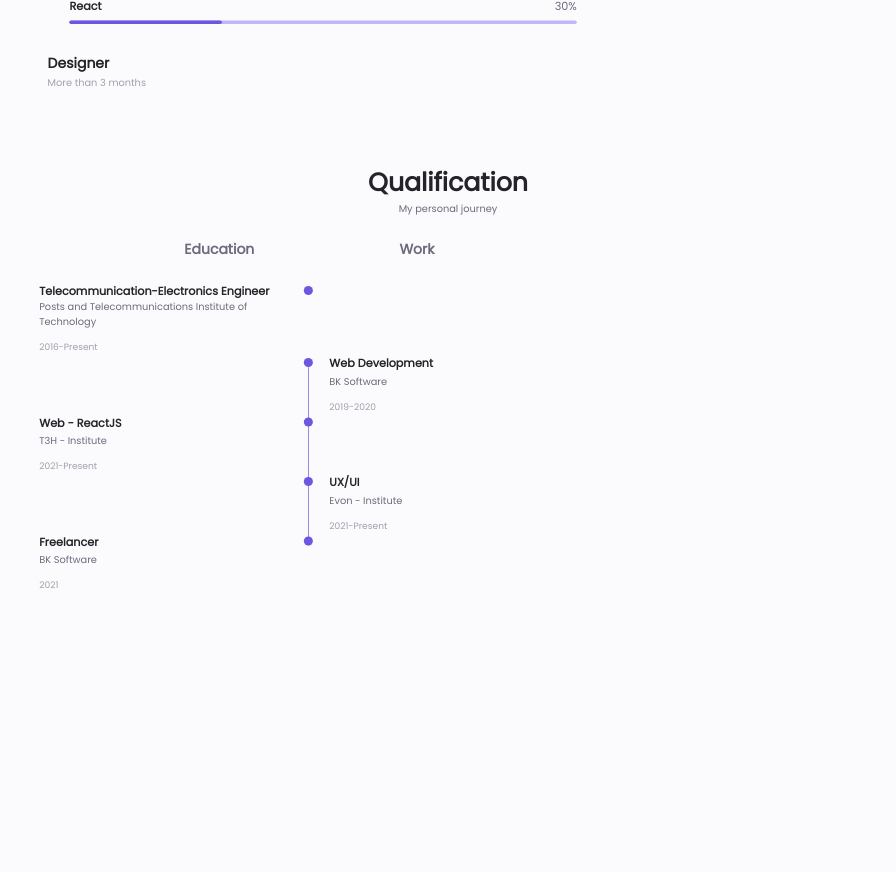
Repository: Datt21/portfolio
Page: index.html
An editor plug-in stored every save of this project. The page is shown before and after the next save, followed by the edit.
The browser window is 1280 px wide. The pictures show the part of the page from y = 1749 to 3669 px (the page is 2995 px tall before and 3669 px after), at 70% of full size.
Some icons come from a web library that is not loaded, so they are not drawn.

Above is the page before, as saved 2021-07-10 19:14:07.

### index.html
<!DOCTYPE html>
<html lang="en">
<head>
    <meta charset="UTF-8">
    <meta http-equiv="X-UA-Compatible" content="IE=edge">
    <meta name="viewport" content="width=device-width, initial-scale=1.0">
    <!--============= ICONS ================  -->
    <link rel="stylesheet" href="https://unicons.iconscout.com/release/v4.0.0/css/line.css">

    <!-- ============= SWIPER CSS =============== -->
    <link rel="stylesheet" href="">

    <!-- =============== CSS ========================= -->
    <link rel="stylesheet" href="./Css/style.css">

    <title>Portfolio</title>
</head>
<body>
    <!--============================ HEADER ============================ -->
    <header class="header" id="header">
        <nav class="nav container">
            <a href="#" class="nav__logo">Datpt</a>

            <div class="nav__menu" id="nav-menu">
                <ul class="nav__list grid">
                    <li class="nav__item">
                        <a href="#home" class="nav__link">
                            <i class="uil uil-estate nav__icon"></i>Home
                        </a>
                    </li>
                    <li class="nav__item">
                        <a href="#about" class="nav__link">
                            <i class="uil uil-user nav__icon"></i>About
                        </a>
                    </li>
                    <li class="nav__item">
                        <a href="#skills" class="nav__link">
                            <i class="uil uil-file-alt nav__icon"></i>Skills
                        </a>
                    </li>
                    <li class="nav__item">
                        <a href="#fovourite" class="nav__link">
                            <i class="uil uil-books nav__icon"></i>Favourite
                        </a>
                    </li>
                    <li class="nav__item">
                        <a href="#portfolio" class="nav__link">
                            <i class="uil uil-scenery nav__icon"></i>Portfolio
                        </a>
                    </li>
                    <li class="nav__item">
                        <a href="#contact" class="nav__link">
                            <i class="uil uil-message nav__icon"></i>Contact
                        </a>
                    </li>
                </ul>
                <i class="uil uil-times nav__close" id="nav-close"></i>
            </div>

            <div class="nav__btns">
                <div class="nav__toggle" id="nav-toggle">
                    <i class="uil uil-apps"></i>
                </div>
            </div>
        </nav>
    </header>

     <!--==================== MAIN ====================-->
     <main class="main">
        <!--==================== HOME ====================-->
        <section class="home section" id="home">
            <div class="home__container container grid">
                <div class="home__content grid">
                    <div class="home__social">
                        <a href="https://www.facebook.com/profile.php?id=100043830603950" target="_blank" class="home__social-icon">
                            <i class="uil uil-facebook"></i>
                        </a>
                        <a href="https://t.me/datpt21" target="_blank" class="home__social-icon">
                            <i class="uil uil-telegram-alt"></i>
                        </a>
                        <a href="https://github.com/Datt21" target="_blank" class="home__social-icon">
                            <i class="uil uil-github-alt"></i>
                        </a>
                    </div>

                    <div class="home__img">
                        <svg class="home__blob" viewBox="0 0 200 187" xmlns="http://www.w3.org/2000/svg" xmlns:xlink="http://www.w3.org/1999/xlink">
                            <mask id="mask0" mask-type="alpha">
                                <path d="M190.312 36.4879C206.582 62.1187 201.309 102.826 182.328 134.186C163.346 165.547
                                130.807 187.559 100.226 186.353C69.6454 185.297 41.0228 161.023 21.7403 129.362C2.45775
                                97.8511 -7.48481 59.1033 6.67581 34.5279C20.9871 10.1032 59.7028 -0.149132 97.9666
                                0.00163737C136.23 0.303176 174.193 10.857 190.312 36.4879Z"/>
                            </mask>
                            <g mask="url(#mask0)">
                                <path d="M190.312 36.4879C206.582 62.1187 201.309 102.826 182.328 134.186C163.346
                                165.547 130.807 187.559 100.226 186.353C69.6454 185.297 41.0228 161.023 21.7403
                                129.362C2.45775 97.8511 -7.48481 59.1033 6.67581 34.5279C20.9871 10.1032 59.7028
                                -0.149132 97.9666 0.00163737C136.23 0.303176 174.193 10.857 190.312 36.4879Z"/>

                                <image class="home_blob-img" x='12' y='18 'xlink:href="./images/me.png"/>
                            </g>
                        </svg>

                    </div>

                    <div class="home__data">
                        <h1 class="home__title">Hi, I'am Dat</h1>
                        <h3 class="home_subtitle">Frontend developer</h3>
                        <p class="home_description">Lorem, ipsum dolor sit amet consectetur adipisicing elit.
                            Voluptates earum, ab place</p>
                        <a href="#contact" class="button button--flex">
                            Contact Me<i class="uil uil-message button__icon"></i>
                        </a>
                    </div>
                </div>

                <div class="home_scroll">
                    <a href="#about" class="home__scroll-button button--flex">
                        <i class="uil uil-mouse-alt-2 home__scroll-mouse"></i>
                        <span class="home__scroll-name">Scroll down</span>
                        <i class="uil uil-arrow-down home__scroll-arrow"></i>
                    </a>
                </div>
            </div>
        </section>

        <!--==================== ABOUT ====================-->
        <section class="about section" id="about">
            <h2 class="section__title">About me</h2>
            <span class="section__subtitle">My introduction</span>

            <div class="about__container container grid">
                <img src="./images/me2.jpg" alt="" class="about__img">

                <div class="about-data">
                    <p class="about-decription">Lorem ipsum dolor sit amet consectetur adipisicing elit.
                        Natus aut expedita unde cum quibusdam delectus, maiores ducimus ullam aspernatur, quos nesciunt corrupti itaque laudant</p>

                    <div class="about__info">
                        <div>
                            <span class="about__info-title">06+</span>
                            <span class="about__info-name">Month <br> experience</span>
                        </div>
                        <div>
                            <span class="about__info-title">05+</span>
                            <span class="about__info-name">Completed <br> project</span>
                        </div>
                        <div>
                            <span class="about__info-title">01</span>
                            <span class="about__info-name">Freelance <br> worked</span>
                        </div>
                    </div>

                    <div class="about__buttons">
                        <a download="" href="./pdf/LeTienDat_CV.pdf" class="button button--flex">
                            Download CV <i class="uil uil-download-alt button__icon"></i>
                        </a>
                    </div>
                </div>
            </div>


        </section>

        <!--==================== SKILLS ====================-->
        <section class="skills section" id="skills">
            <h2 class="section__title">Skills</h2>
            <span class="section__subtitle">My technical level</span>

            <div class="skills__container container grid">
                <div>
                    <!-- skill 1 -->
                    <div class="skills__content skills__open">
                        <div class="skills__header">
                            <i class="uil uil-brackets-curly skills__icon"></i>

                            <div>
                                <h1 class="skills__title">Frontend devoloper</h1>
                                <span class="skills__subtitle">More than 6 months</span>
                            </div>

                            <i class="uil uil-angle-down skills__arrow"></i>
                        </div>

                        <div class="skills__list grid">
                            <div class="skills__data">
                                <div class="skills__titles">
                                    <h3 class="skills__name">HTML</h3>
                                    <span class="skills__number">80%</span>
                                </div>
                                <div class="skills__bar">
                                    <span class="skills__percentage skills__html"></span>
                                </div>
                            </div>

                            <div class="skills__data">
                                <div class="skills__titles">
                                    <h3 class="skills__name">CSS</h3>
                                    <span class="skills__number">70%</span>
                                </div>
                                <div class="skills__bar">
                                    <span class="skills__percentage skills__css"></span>
                                </div>
                            </div>

                            <div class="skills__data">
                                <div class="skills__titles">
                                    <h3 class="skills__name">Javascript</h3>
                                    <span class="skills__number">50%</span>
                                </div>
                                <div class="skills__bar">
                                    <span class="skills__percentage skills__js"></span>
                                </div>
                            </div>

                            <div class="skills__data">
                                <div class="skills__titles">
                                    <h3 class="skills__name">React</h3>
                                    <span class="skills__number">30%</span>
                                </div>
                                <div class="skills__bar">
                                    <span class="skills__percentage skills__react"></span>
                                </div>
                            </div>
                        </div>
                    </div>

                    <!-- skill 2 -->
                    <div class="skills__content skills__close">
                        <div class="skills__header">
                            <i class="uil uil-swatchbook skills__icon"></i>

                            <div>
                                <h1 class="skills__title">Designer</h1>
                                <span class="skills__subtitle">More than 3 months</span>
                            </div>
                            <i class="uil uil-angle-down skills__arrow"></i>
                        </div>

                        <div class="skills__list grid">
                            <div class="skills__data">
                                <div class="skills__titles">
                                    <h3 class="skills__name">Figma</h3>
                                    <span class="skills__number">40%</span>
                                </div>
                                <div class="skills__bar">
                                    <span class="skills__percentage skills__figma"></span>
                                </div>
                            </div>

                            <div class="skills__data">
                                <div class="skills__titles">
                                    <h3 class="skills__name">Photoshop</h3>
                                    <span class="skills__number">30%</span>
                                </div>
                                <div class="skills__bar">
                                    <span class="skills__percentage skills__photoshop"></span>
                                </div>
                            </div>

                        </div>
                    </div>
                </div>
            </div>


        </section>

        <!--==================== QUALIFICATION ====================-->
        <section class="qualification section">
            <h2 class="section__title">Qualification</h2>
            <span class="section__subtitle">My personal journey</span>

            <div class="qualification__container container">
                <div class="qualification__tabs">
                    <div class="qualification__button button--flex">
                        <i class="uil uil-graduation-cap qualification__icon"></i>
                        Education
                    </div>

                    <div class="qualification__button button--flex">
                        <i class="uil uil-briefcase-alt qualification__icon"></i>
                        Work
                    </div>
                </div>
                <div class="qualification__section" >
                    <!-- Qualification content 1 -->
                    <div class="qualification__content qualification__active" data-content id="education">
                        <!-- Qualification 1 -->
                        <div class="qualification__data">
                            <div>
                                <h3 class="qualification__title"> Telecommunication-Electronics Engineer</h3>
                                <span class="qualification__subtitle">Posts and Telecommunications Institute of Technology</span>
                                <div class="qualification__calendar">
                                    <i class="uil uil-calendar-alt"></i>
                                    2016-Present
                                </div>
                            </div>

                            <div>
                                <div class="qualification__rounder"></div>
                                <!-- <div class="qualification__line"></div> -->
                            </div>
                        </div>

                        <!-- Qualification 2 -->
                        <div class="qualification__data">
                            <div></div>

                            <div>
                                <span class="qualification__rounder"></span>
                                <span class="qualification__line"></span>
                            </div>

                            <div>
                                <h3 class="qualification__title"> Web Development</h3>
                                <span class="qualification__subtitle">BK Software</span>
                                <div class="qualification__calendar">
                                    <i class="uil uil-calendar-alt"></i>
                                    2019-2020
                                </div>
                            </div>


                        </div>

                        <!-- Qualification 3 -->
                        <div class="qualification__data">
                            <div>
                                <h3 class="qualification__title"> Web - ReactJS</h3>
                                <span class="qualification__subtitle">T3H - Institute</span>
                                <div class="qualification__calendar">
                                    <i class="uil uil-calendar-alt"></i>
                                    2021-Present
                                </div>
                            </div>

                            <div>
                                <span class="qualification__rounder"></span>
                                <span class="qualification__line"></span>
                            </div>
                        </div>

                        <!-- Qualification 4 -->
                        <div class="qualification__data">
                            <div></div>

                            <div>
                                <span class="qualification__rounder"></span>
                                <span class="qualification__line"></span>
                            </div>

                            <div>
                                <h3 class="qualification__title"> UX/UI</h3>
                                <span class="qualification__subtitle">Evon - Institute</span>
                                <div class="qualification__calendar">
                                    <i class="uil uil-calendar-alt"></i>
                                    2021-Present
                                </div>
                            </div>

                        </div>
                    </div>
                     <!-- Qualification content 2 -->
                     <div class="qualification__content" data-content id="work">
                        <!-- Qualification 1 -->
                        <div class="qualification__data">
                            <div>
                                <h3 class="qualification__title"> Freelancer</h3>
                                <span class="qualification__subtitle">BK Software</span>
                                <div class="qualification__calendar">
                                    <i class="uil uil-calendar-alt"></i>
                                    2021
                                </div>
                            </div>

                            <div>
                                <div class="qualification__rounder"></div>
                                <!-- <div class="qualification__line"></div> -->
                            </div>
                        </div>

                        </div>
                    </div>
                </div>
            </div>


        </section>

        <!--==================== SERVICES ====================-->
        <section class="services section" id="services">


        </section>

        <!--==================== PORTFOLIO ====================-->
        <section class="portfolio section" id="portfolio">


        </section>

        <!--==================== PROJECT IN MIND ====================-->
        <section class="project section">


        </section>

        <!--==================== TESTIMONIAL ====================-->
        <section class="testimonial section">


        </section>

        <!--==================== CONTACT ME ====================-->
        <section class="contact section" id="contact">


        </section>
    </main>

    <!--==================== FOOTER ====================-->
    <footer class="footer">


    </footer>

    <!--==================== SCROLL TOP ====================-->


    <!--==================== SWIPER JS ====================-->
    <script src=""></script>

    <!-- =================== JS ======================= -->
    <script src="./JS/main.js"></script>
</body>
</html>

Loaded but not shown: JS/main.js (73 lines, source omitted); Css/style.css (596 lines, source omitted)

After the next save:
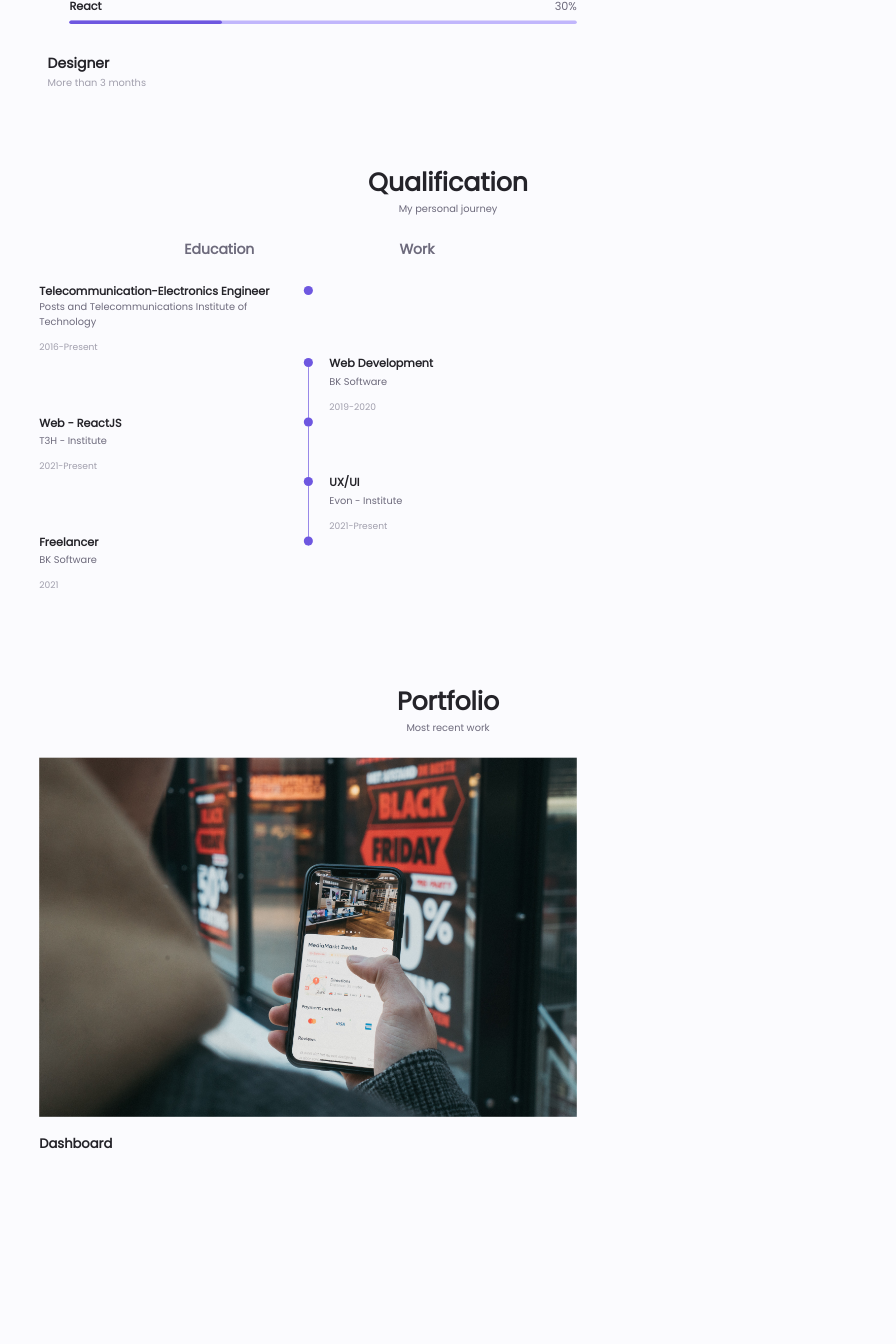
Saved 14 h 42 min later.
--- a/index.html
+++ b/index.html
@@ -396,8 +396,21 @@
 
         <!--==================== PORTFOLIO ====================-->
         <section class="portfolio section" id="portfolio">
-
-
+            <h2 class="section__title">Portfolio</h2>
+            <span class="section__subtitle">Most recent work</span>
+
+            <div class="portfolio__container container">
+                <div>
+                    <!--======== Portfolio 1 ===========-->
+                    <div class="portfolio__content grid">
+                        <img src="./images/cardmapr-nl-pwxESDWRwDE-unsplash.jpg" alt="" class="portfolio__img">
+
+                        <div class="portfolio__data">
+                            <h3 class="portfolio__title">Dashboard</h3>
+                        </div>
+                    </div>
+                </div>
+            </div>
         </section>
 
         <!--==================== PROJECT IN MIND ====================-->
